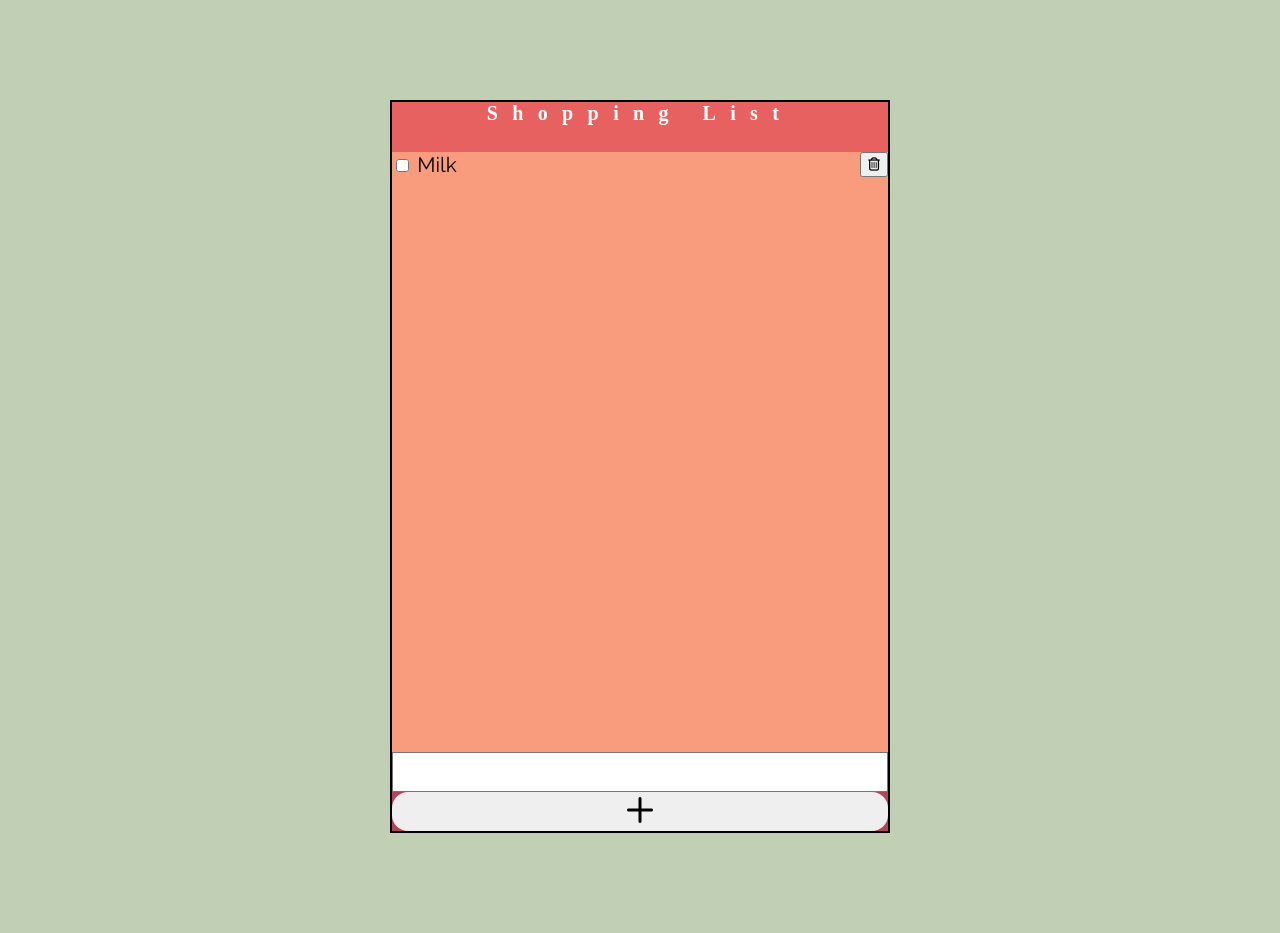
Repository: sephinejo/shopping-list-app
Page: index.html
The author's editor kept a copy of each file at every save. The page is drawn from the files as they stood at one save, then again after the next save.
The browser window is 1280 px wide. The pictures show the whole page.
Some web fonts or font styles are not loaded; a fallback is used. Some web libraries are served in a nearby version.

Above is the page before, as saved 2023-05-11 23:10:49.

After the next save:
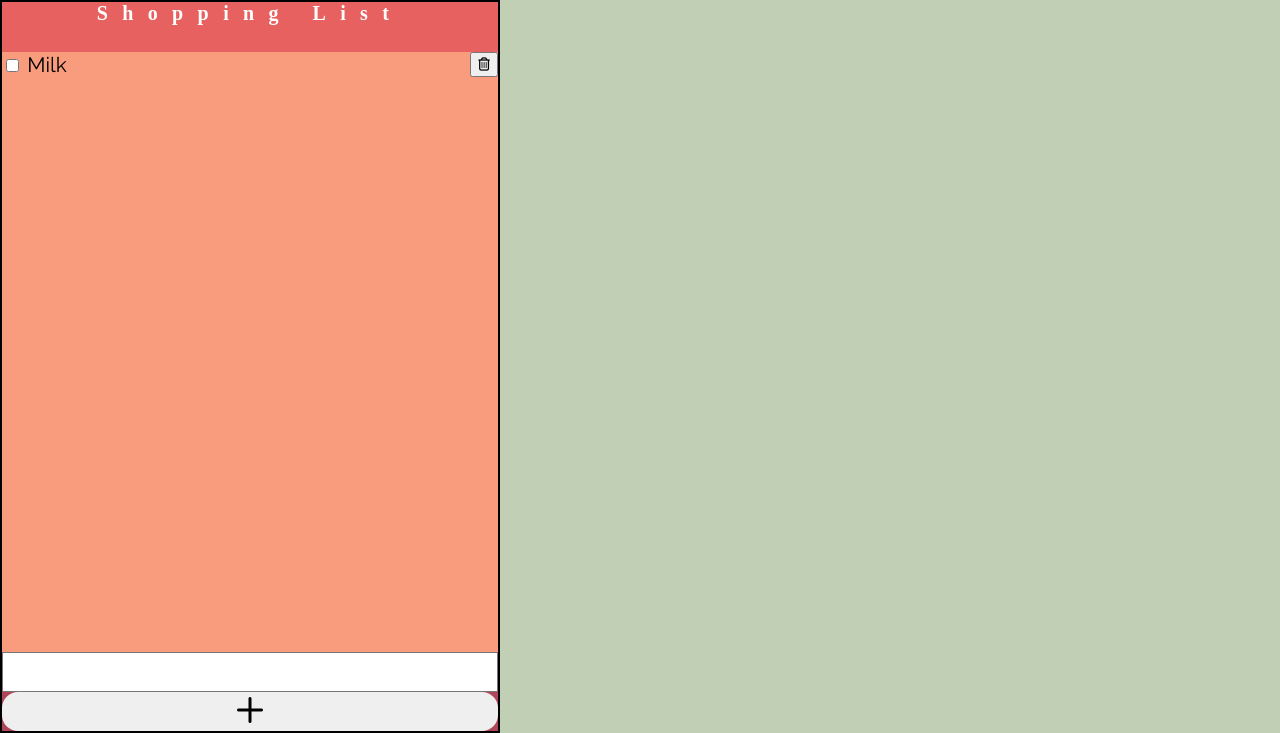
Saved 52 s later.
--- a/style.css
+++ b/style.css
@@ -8,8 +8,9 @@
 }
 
 .container {
-  margin: 100px auto;
+  /* margin: 100px auto; */
   width: 500px;
+  text-align: center;
   border: 2px solid black;
   display: flex;
   flex-direction: column;

After the save that followed:
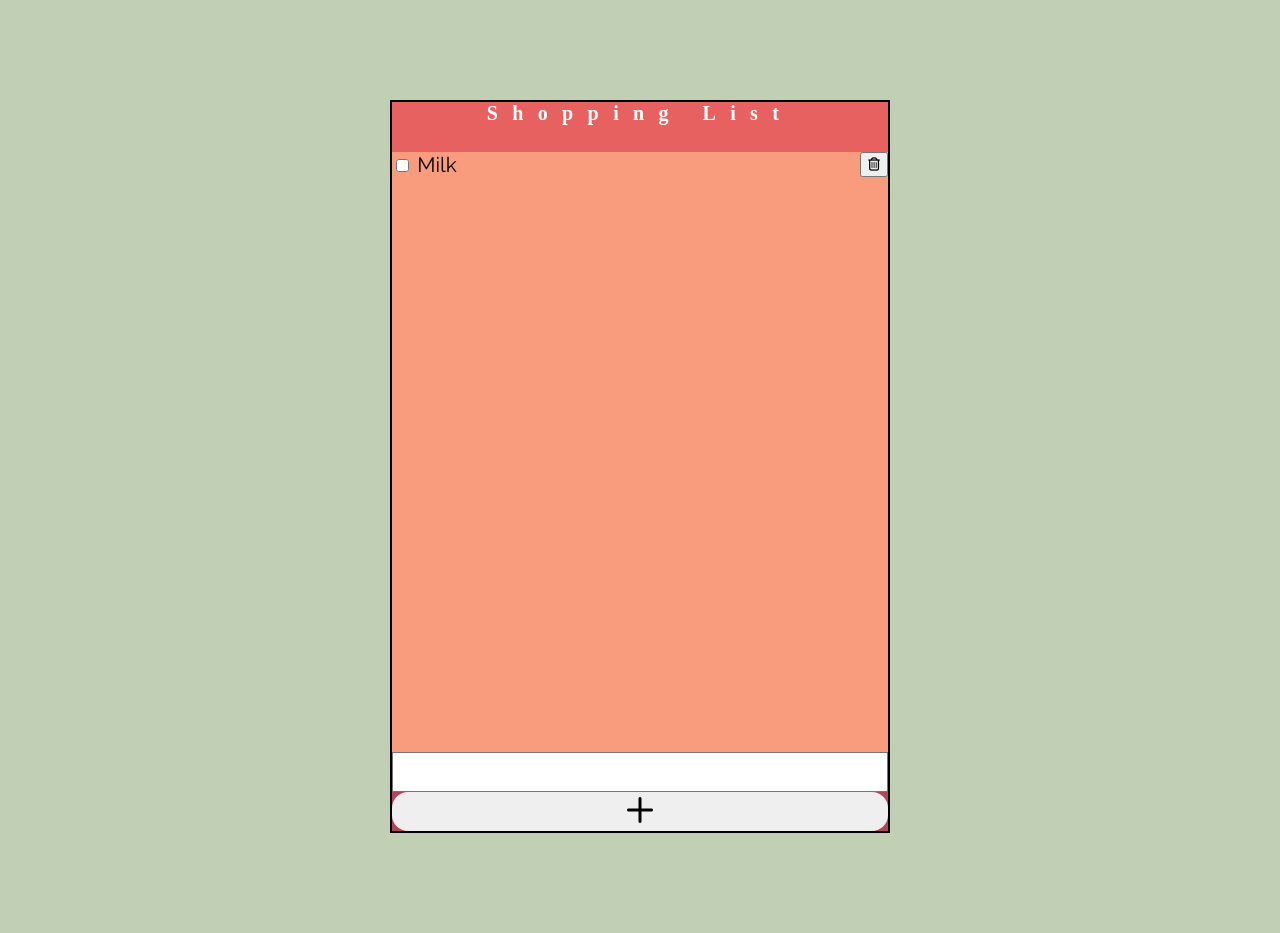
Saved 21 s later.
--- a/style.css
+++ b/style.css
@@ -8,9 +8,8 @@
 }
 
 .container {
-  /* margin: 100px auto; */
+  margin: 100px auto;
   width: 500px;
-  text-align: center;
   border: 2px solid black;
   display: flex;
   flex-direction: column;
